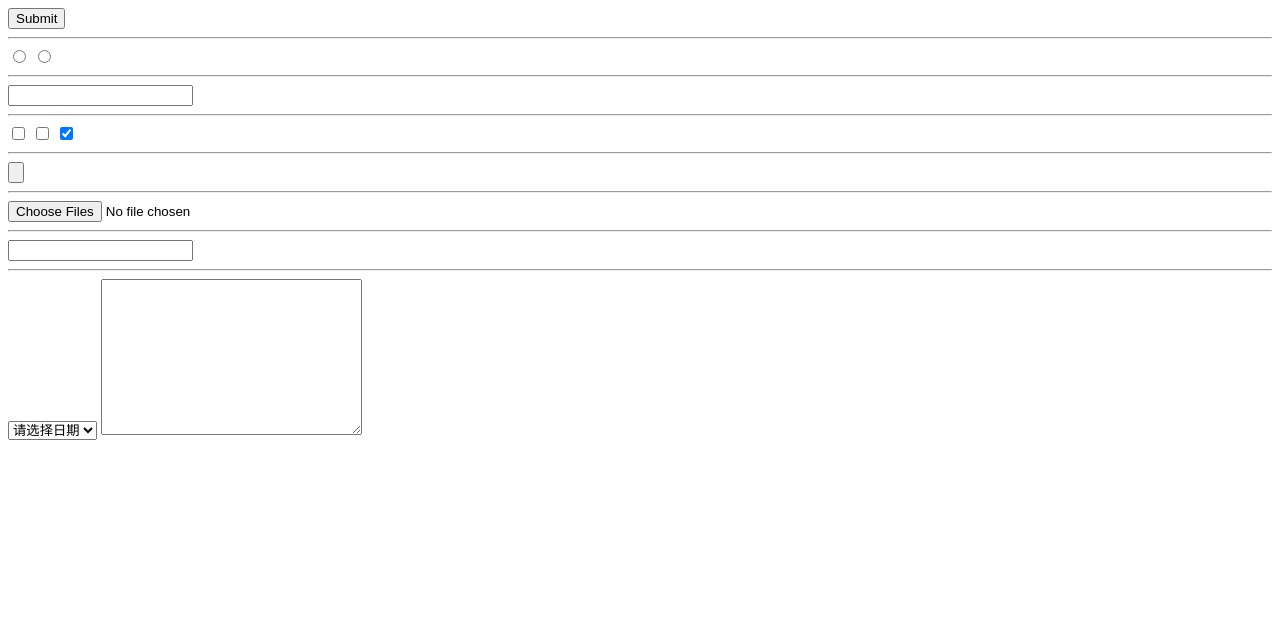
Repository: Lixianlai-2/html-demo-1
Page: input.html
An editor plug-in stored every save of this project. The page is shown before and after the next save, followed by the edit.
The browser window is 1280 px wide. The pictures show the whole page.

Above is the page before, as saved 2021-11-27 23:12:40.

After the next save:
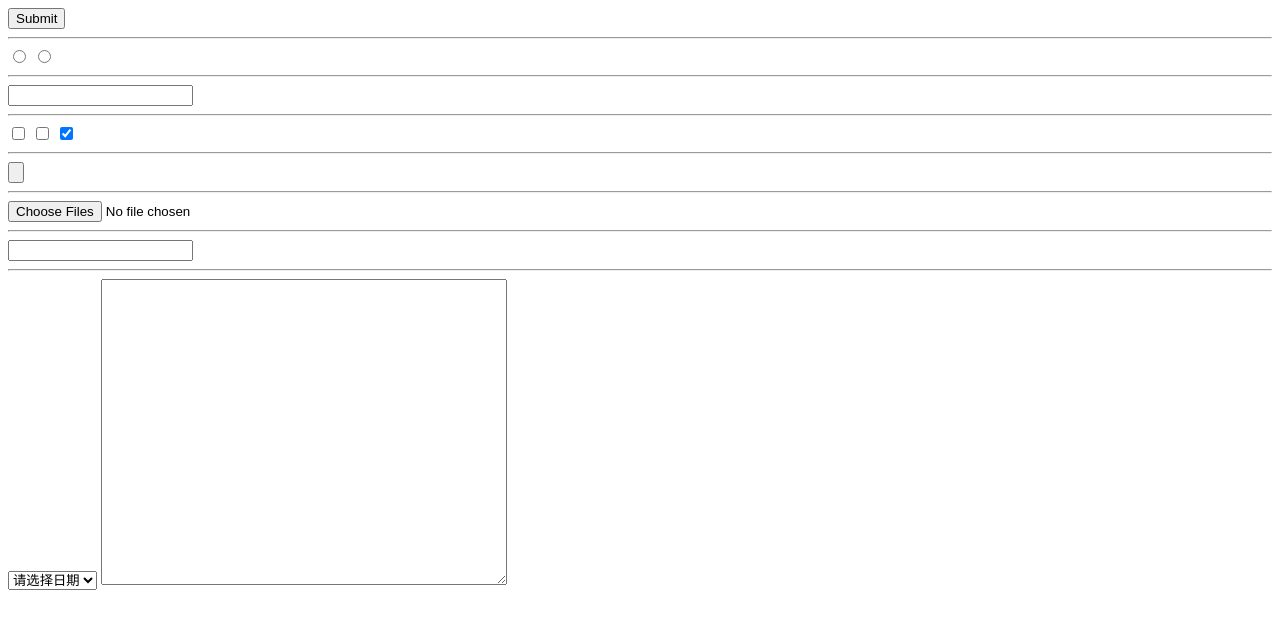
Saved 27 s later.
--- a/input.html
+++ b/input.html
@@ -31,7 +31,13 @@
         <option value="2">星期二</option>
       </select>
 
-      <textarea name="" id="" cols="30" rows="10"></textarea>
+      <textarea
+        style="width: 400px; height: 300px"
+        name=""
+        id=""
+        cols="30"
+        rows="10"
+      ></textarea>
     </form>
   </body>
 </html>
